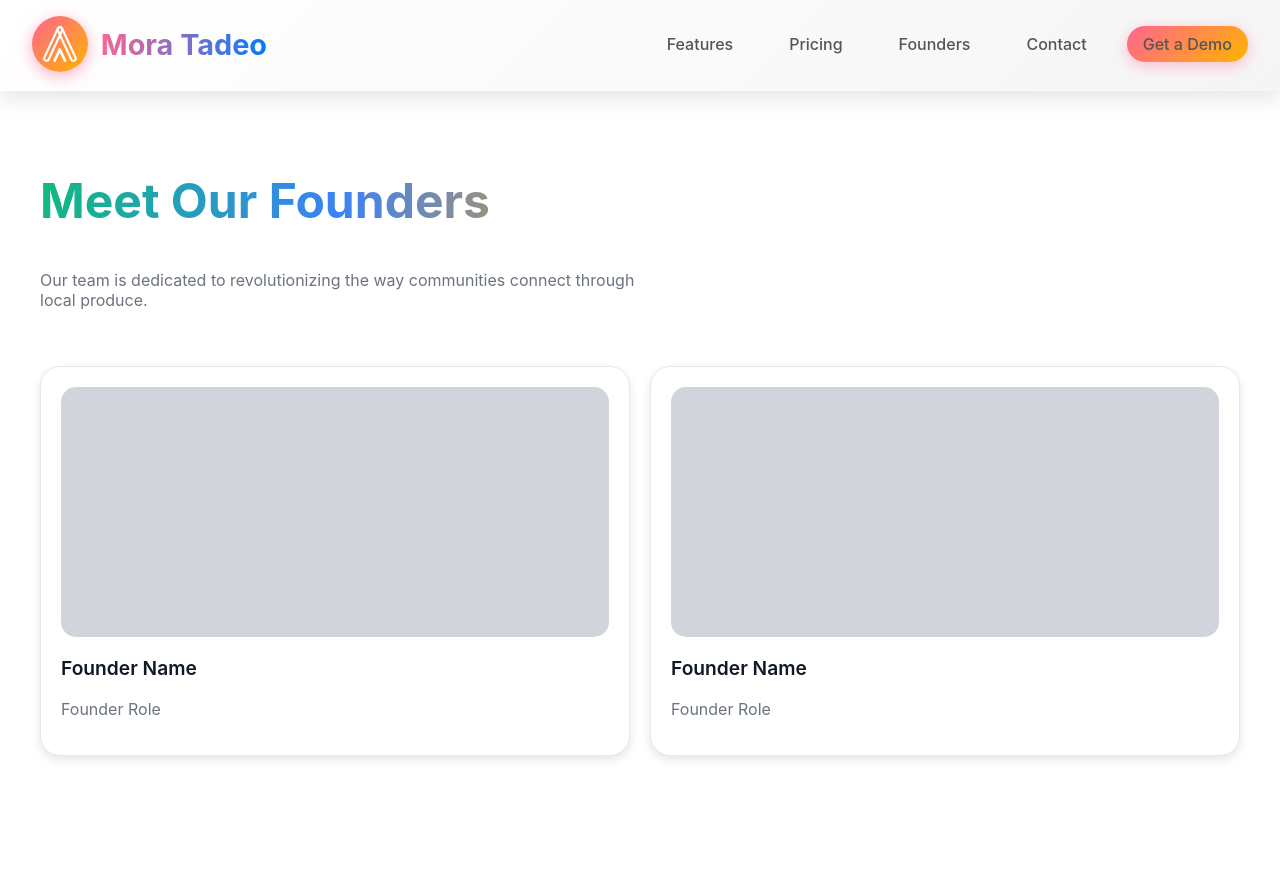
Repository: AbrahamM007/moratadeo
Page: /founders
These files come from the project's save history. The page is drawn as it stood at one moment and after the next save; the edit follows.
The browser window is 1280 px wide. The pictures show the whole page.
The project was rebuilt for these pictures with package versions that can differ from the ones it lists, and the page was loaded fresh each time. Also part of the build but not shown: src/HeroSection.css, src/HeroSection.js, src/InfoSection.css, src/InfoSection.js, src/RoadmapSection.css, src/RoadmapSection.js, src/DesignPhaseSection.js, src/HeroBanner.js and 7 more.

Above is the page before, as saved 2025-02-15 13:11:53.

After the next save:
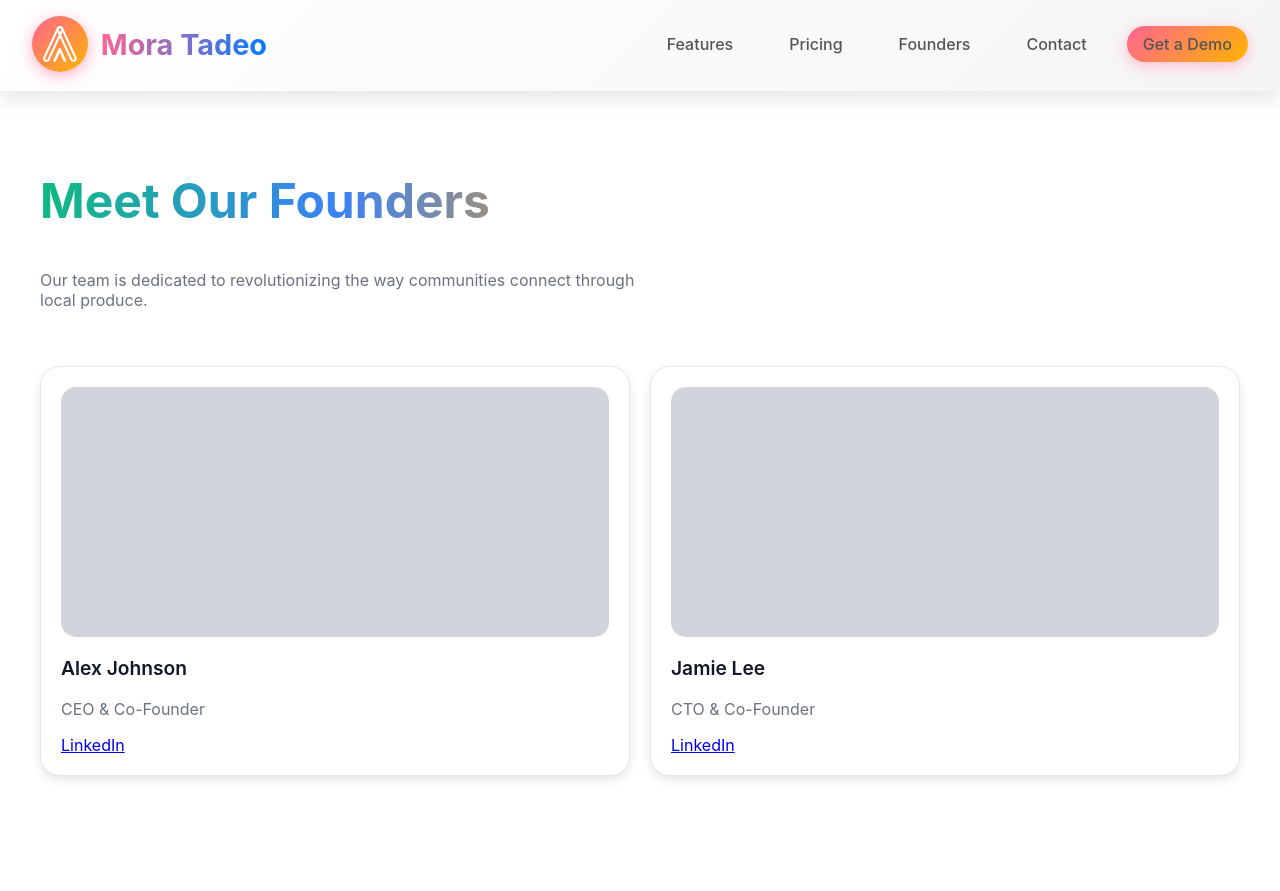
Not found: images/alex.jpg
Not found: images/jamie.jpg
Saved 2 min 17 s later.
--- a/src/FoundersPage.js
+++ b/src/FoundersPage.js
@@ -1,6 +1,21 @@
 import React from "react";
 import { motion } from "framer-motion";
-import "./FoundersPage.css"; // Import the CSS file
+import "./FoundersPage.css";
+
+const founders = [
+  {
+    name: "Alex Johnson",
+    role: "CEO & Co-Founder",
+    image: "/images/alex.jpg",
+    linkedin: "https://linkedin.com/in/alexjohnson",
+  },
+  {
+    name: "Jamie Lee",
+    role: "CTO & Co-Founder",
+    image: "/images/jamie.jpg",
+    linkedin: "https://linkedin.com/in/jamielee",
+  },
+];
 
 const FoundersPage = () => {
   return (
@@ -13,22 +28,28 @@ const FoundersPage = () => {
             Our team is dedicated to revolutionizing the way communities connect through local produce.
           </p>
         </div>
-        {/* <button className="gradient-button">Learn More</button> */}
       </div>
 
       {/* Founders Section */}
       <div className="founders-grid">
-        {[1, 2].map((founder, index) => (
+        {founders.map((founder, index) => (
           <motion.div
             key={index}
             initial={{ opacity: 0, y: 50 }}
             animate={{ opacity: 1, y: 0 }}
             transition={{ duration: 0.5, delay: index * 0.2 }}
             className="founder-card"
+            whileHover={{ scale: 1.05 }}
           >
-            <div className="founder-image"></div>
-            <h3 className="founder-name">Founder Name</h3>
-            <p className="founder-role">Founder Role</p>
+            <div
+              className="founder-image"
+              style={{ backgroundImage: `url(${founder.image})` }}
+            ></div>
+            <h3 className="founder-name">{founder.name}</h3>
+            <p className="founder-role">{founder.role}</p>
+            <a href={founder.linkedin} className="linkedin-link" target="_blank" rel="noopener noreferrer">
+              LinkedIn
+            </a>
           </motion.div>
         ))}
       </div>
